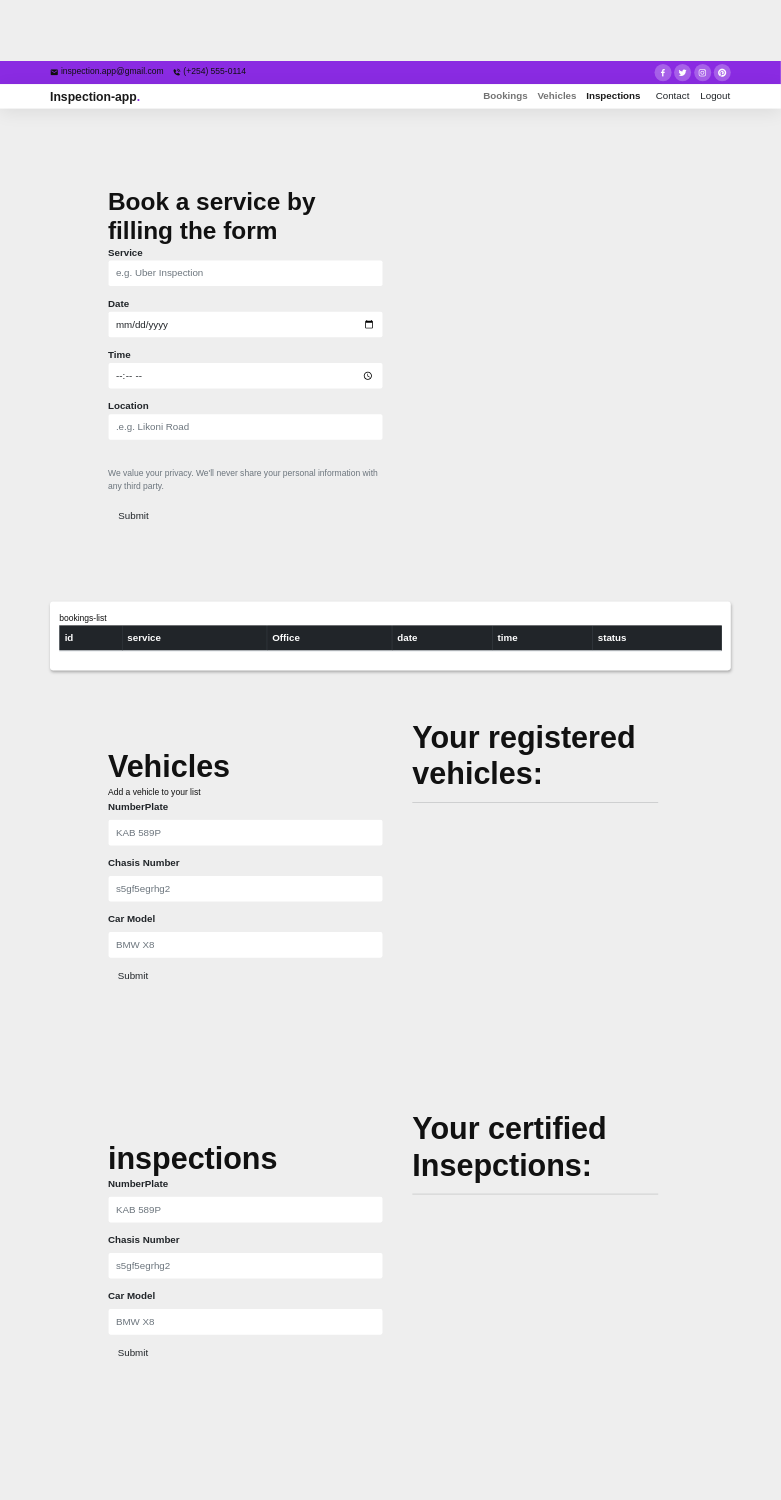
Repository: Jaynie8085/INSPECTION-APP
Page: client/admnDashboard.html
An editor plug-in stored every save of this project. The page is shown before and after the next save, followed by the edit.
The browser window is 1280 px wide. The pictures show the whole page, at 61% of full size.
The page's requests for data from a server got no answer. Some web libraries are served in a nearby version.

Above is the page before, as saved 2022-10-17 02:30:56.
Console error: ReferenceError: fetchBookings is not defined

After the next save:
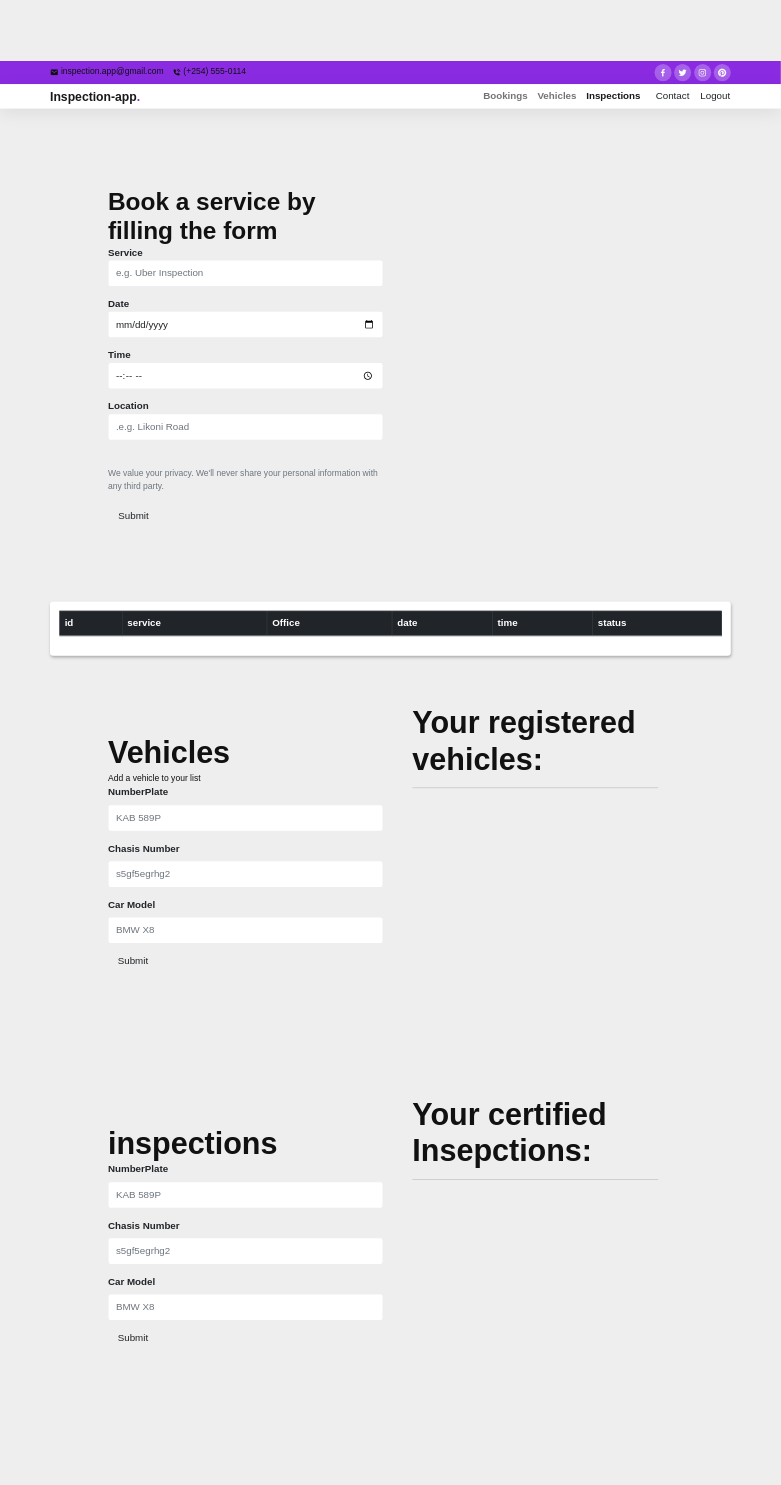
Saved 6 s later.
--- a/client/admnDashboard.html
+++ b/client/admnDashboard.html
@@ -113,7 +113,7 @@
                                 <div class="data_table">
                                     <table id="example" class="table table-striped table-bordered">
                                         <thead class="table-dark">
-                                            <p>bookings-list</p>
+
                                             <tr>
                                                 <th>id</th>
                                                 <th>service</th>

After the save that followed:
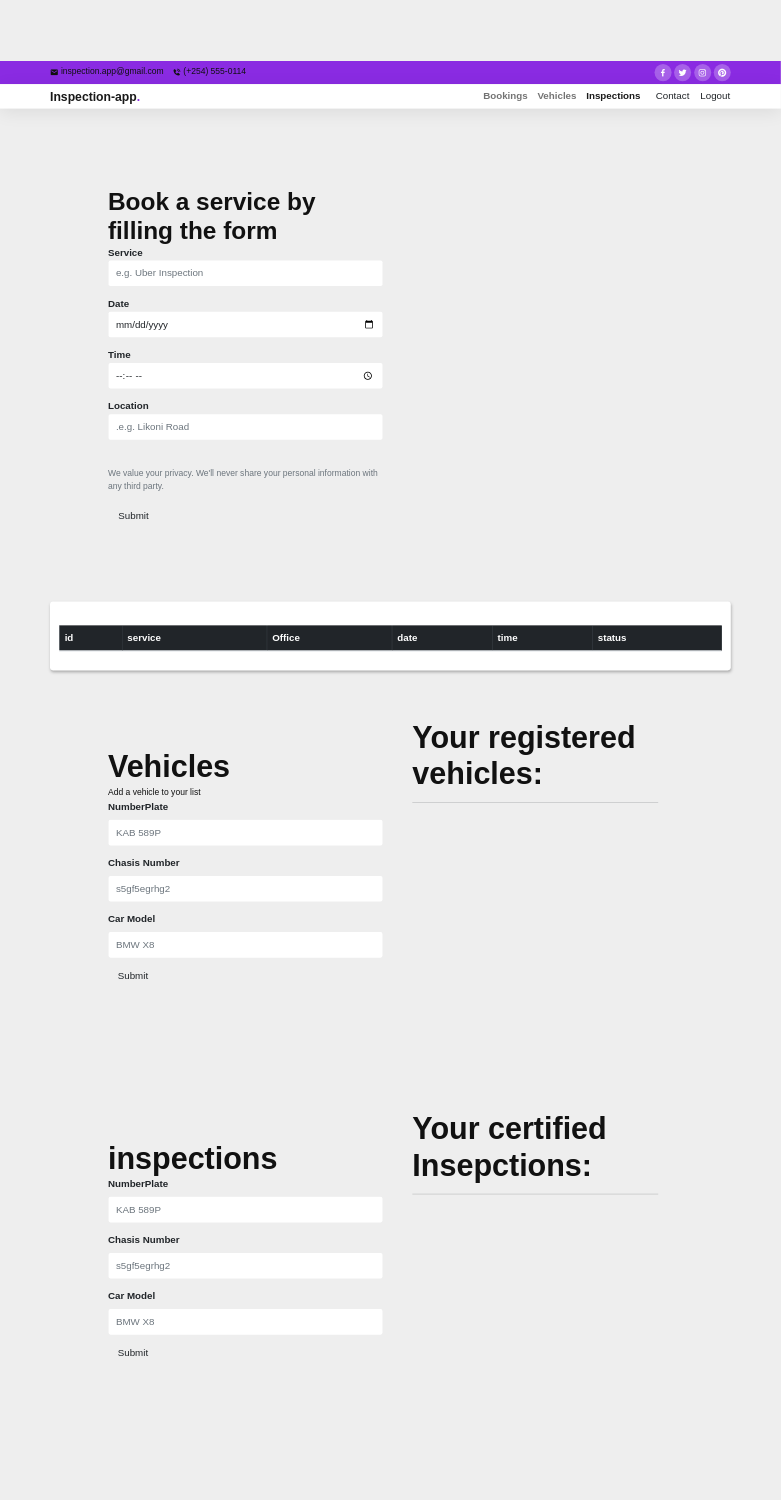
Saved 6 s later.
--- a/client/admnDashboard.html
+++ b/client/admnDashboard.html
@@ -113,7 +113,7 @@
                                 <div class="data_table">
                                     <table id="example" class="table table-striped table-bordered">
                                         <thead class="table-dark">
-
+                                            <label for=""></label>
                                             <tr>
                                                 <th>id</th>
                                                 <th>service</th>
